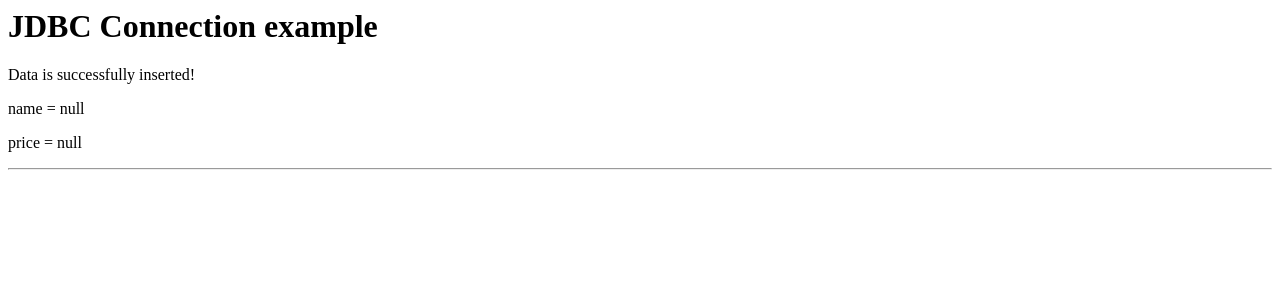
Repository: emmaclkasper/CS4300
Page: http://localhost/test2/database.jsp
These files come from the project's save history. The page is drawn as it stood at one moment and after the next save; the edit follows.
The browser window is 1280 px wide. The pictures show the whole page.
The page is served by Tomcat 9. Other server files are loaded and not shown.

Above is the page before, as saved 2020-04-28 20:56:02.

### test2/WebContent/database.jsp
<%@ page import="java.sql.*"%>
<%@ page language="java" contentType="text/html; charset=ISO-8859-1"
pageEncoding="ISO-8859-1"%>
<%@ page import = "java.io.*,java.util.*,java.sql.*"%>
<%@ page import = "javax.servlet.http.*,javax.servlet.*" %>

<html>
<head>
<title>JDBC Connection example</title>
</head>

<body>
<h1>JDBC Connection example</h1>

<%
  String db = request.getParameter("db");
  String user = db; // assumes database name is the same as username

  String name=request.getParameter("item");
  String price=request.getParameter("price");

  Connection conn = null;
  String dbURL = "jdbc:mysql://localhost:3306/test?useUnicode=true&useJDBCCompliantTimezoneShift=true&useLegacyDatetimeCode=false&serverTimezone=UTC";

  try {
    java.sql.Connection con;
    Class.forName("com.mysql.cj.jdbc.Driver");
	conn = DriverManager.getConnection(dbURL, "root", "password");

    Statement st=conn.createStatement();

    int i=st.executeUpdate("insert into test.accessories(item,price)values('hello','howdy')");
    out.println("Data is successfully inserted!");


  }
  catch(SQLException e) {
    out.println("SQLException caught: " +e.getMessage());
  }
%>

 	<p> name = <%= name %> </p>
    <p> price = <%= price %> </p>

    <hr>

</body>
</html>

After the next save:
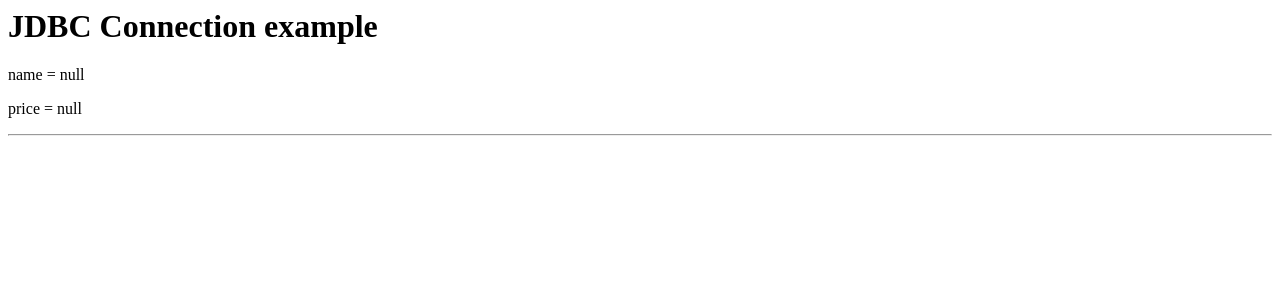
Saved 94 s later.
--- a/test2/WebContent/database.jsp
+++ b/test2/WebContent/database.jsp
@@ -12,6 +12,7 @@ pageEncoding="ISO-8859-1"%>
 <body>
 <h1>JDBC Connection example</h1>
 
+
 <%
   String db = request.getParameter("db");
   String user = db; // assumes database name is the same as username
@@ -19,6 +20,8 @@ pageEncoding="ISO-8859-1"%>
   String name=request.getParameter("item");
   String price=request.getParameter("price");
 
+
+  /*
   Connection conn = null;
   String dbURL = "jdbc:mysql://localhost:3306/test?useUnicode=true&useJDBCCompliantTimezoneShift=true&useLegacyDatetimeCode=false&serverTimezone=UTC";
 
@@ -37,7 +40,9 @@ pageEncoding="ISO-8859-1"%>
   catch(SQLException e) {
     out.println("SQLException caught: " +e.getMessage());
   }
+  */
 %>
+
 
  	<p> name = <%= name %> </p>
     <p> price = <%= price %> </p>
